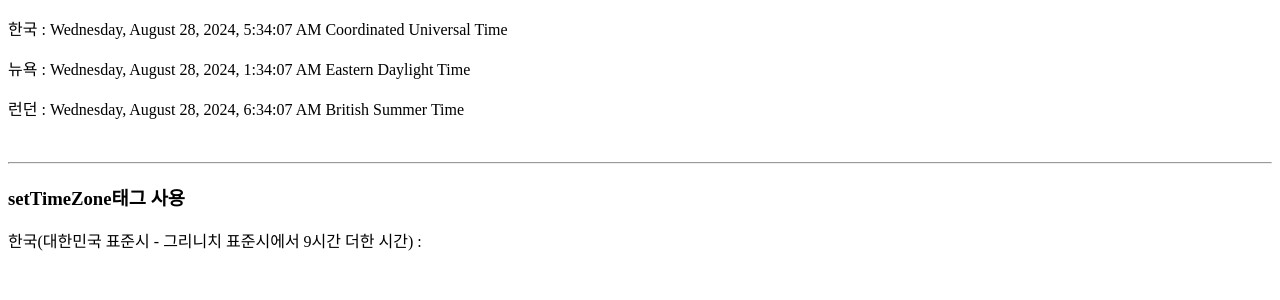
Repository: zhyuk/FullStackStudy
Page: http://localhost/jsptwo/13_02_jstl_fmt05.jsp
The author's editor kept a copy of each file at every save. The page is drawn from the files as they stood at one save, then again after the next save.
The browser window is 1280 px wide. The pictures show the whole page.
The page is served by Tomcat 9. Other server files are loaded and not shown.

Above is the page before, as saved 2024-08-30 06:39:46.

### jsp/jspwork/jsptwo/src/main/webapp/13_02_jstl_fmt05.jsp
<%@ page language="java" contentType="text/html; charset=UTF-8"
    pageEncoding="UTF-8"%>
<%@ taglib prefix="fmt" uri="http://java.sun.com/jsp/jstl/fmt" %>
<!DOCTYPE html>
<html>
<head>
<meta charset="UTF-8">
<title>Insert title here</title>
</head>
<body>
	<jsp:useBean id="now" class="java.util.Date"/>
	<p>한국 : <fmt:formatDate value="${now}" type="both" dateStyle="full" timeStyle="full"/></p>

	<p>
		<fmt:timeZone value="America/New_York">
		뉴욕 : <fmt:formatDate value="${now}" type="both" dateStyle="full" timeStyle="full"/>
		</fmt:timeZone>
	</p>

	<p>
		<fmt:timeZone value="Europe/London">
		런던 : <fmt:formatDate value="${now}" type="both" dateStyle="full" timeStyle="full"/>
		</fmt:timeZone>
	</p>
	<br><hr>

	<h3>setTimeZone태그 사용</h3>
	<p>한국(대한민국 표준시 - 그리니치 표준시에서 9시간 더한 시간) : </p>
</body>
</html>

After the next save:
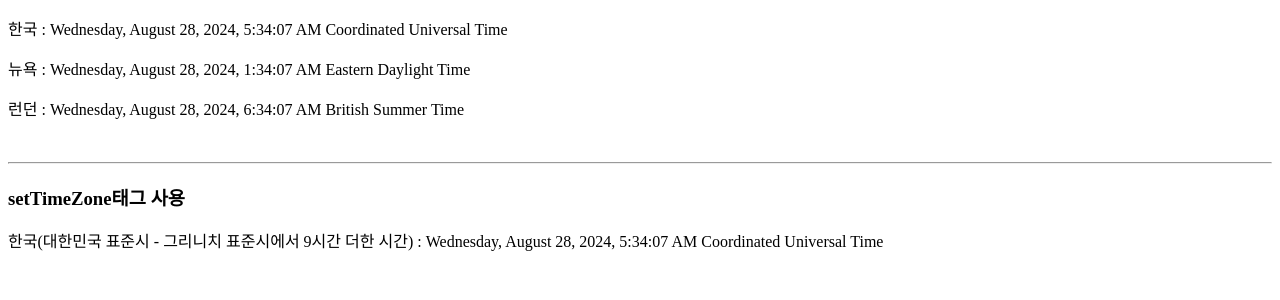
Saved 2 min 35 s later.
--- a/jsp/jspwork/jsptwo/src/main/webapp/13_02_jstl_fmt05.jsp
+++ b/jsp/jspwork/jsptwo/src/main/webapp/13_02_jstl_fmt05.jsp
@@ -25,6 +25,12 @@
 	<br><hr>
 
 	<h3>setTimeZone태그 사용</h3>
-	<p>한국(대한민국 표준시 - 그리니치 표준시에서 9시간 더한 시간) : </p>
+	<p>한국(대한민국 표준시 - 그리니치 표준시에서 9시간 더한 시간) :
+		<fmt:formatDate value="${now}" type="both" dateStyle="full" timeStyle="full"/>
+	</p>
+
+	<p>
+		<fmt:setTimeZone value="GMT-8"/>
+	</p>
 </body>
 </html>
